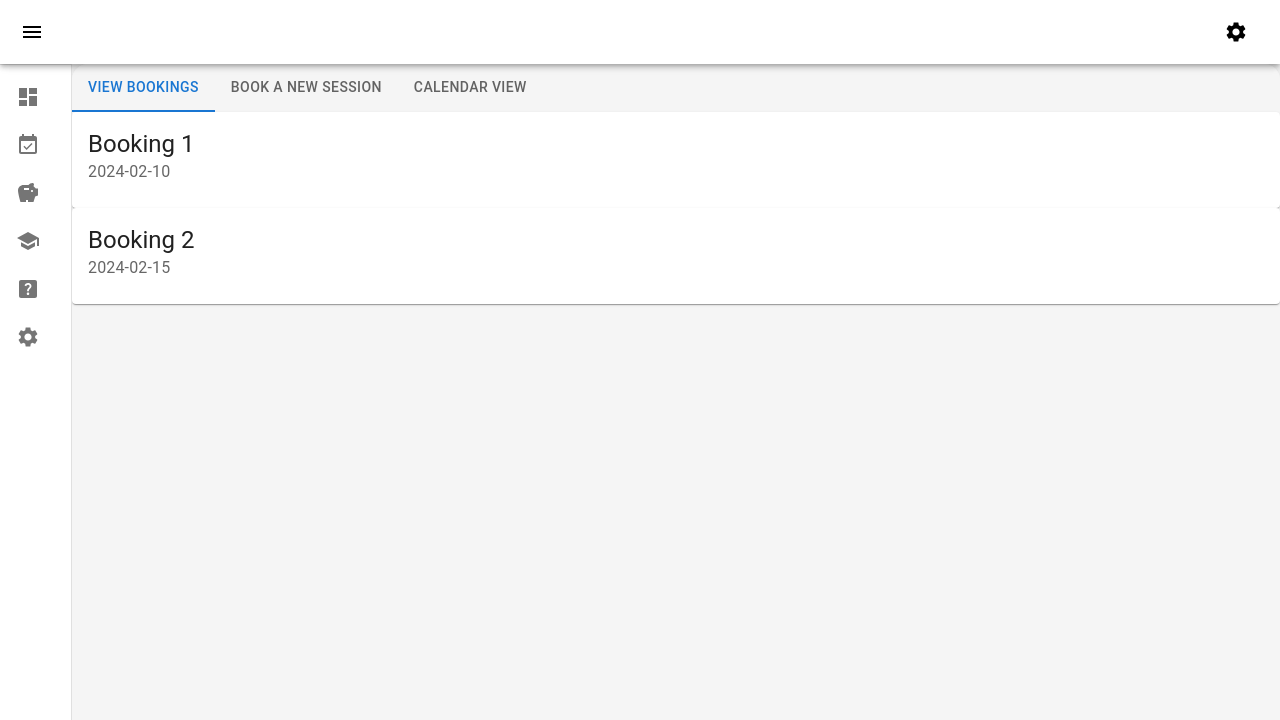
Repository: shubhampirate/Google_Solutions_Edural
Page: /bookings
An editor plug-in stored every save of this project. The page is shown before and after the next save, followed by the edit.
The browser window is 1280 px wide. The pictures show the whole page.
An inner scrolling area shows only its first screen. The project was rebuilt for these pictures with package versions that can differ from the ones it lists, and the page was loaded fresh each time. Some packages were replaced by stand-ins written for this rebuild. Also part of the build but not shown: src/Components/CustomButton.jsx, src/Components/Navbar.jsx, src/Components/Footer.jsx, src/Components/CongratsCard.jsx, src/pages/Hero/Hero.jsx, src/pages/Dashboard/Dashboard.jsx, src/pages/Sign_in.jsx.

Above is the page before, as saved 2024-02-03 20:45:45.

After the next save:
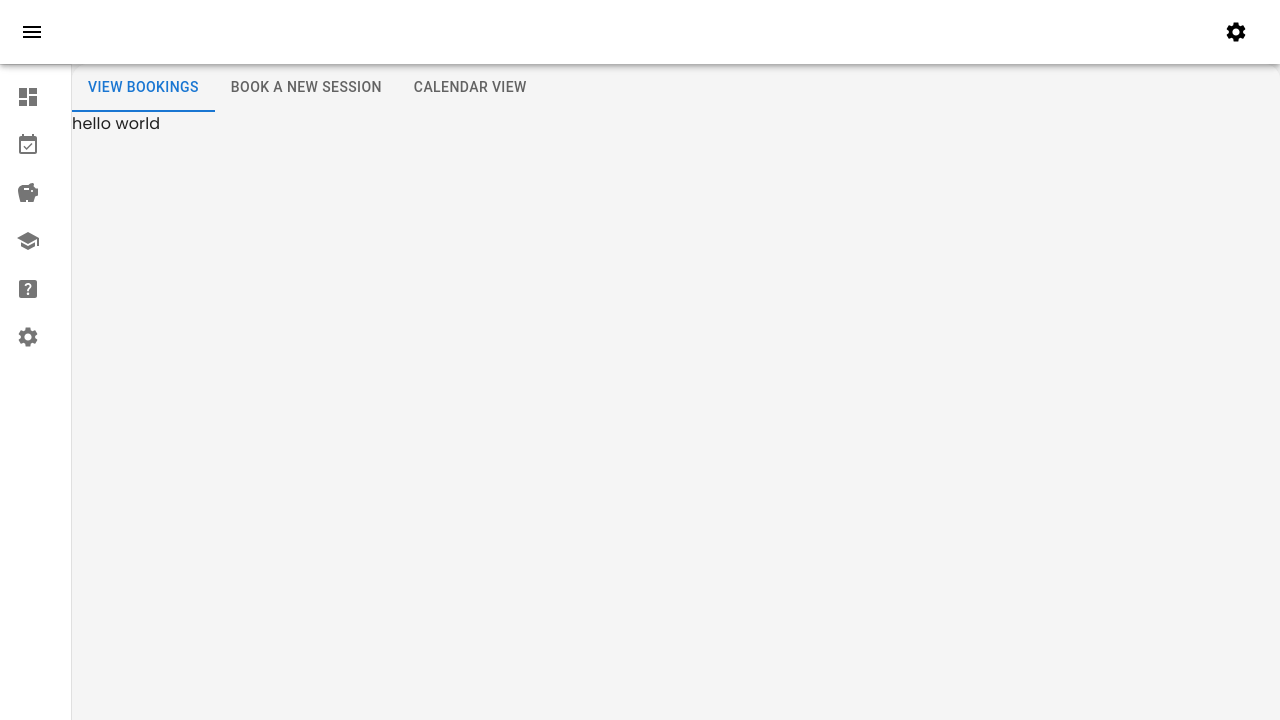
Saved 14 s later.
--- a/src/pages/Bookings/bookings.jsx
+++ b/src/pages/Bookings/bookings.jsx
@@ -61,7 +61,7 @@ export default function Booking() {
             <Box>
 
               {/* View Bookings Content */}
-              {bookingsData.map((booking) => (
+              {/* {bookingsData.map((booking) => (
                 <Card key={booking.id}>
                   <CardContent>
                     <Typography variant="h5" component="div">
@@ -72,7 +72,9 @@ export default function Booking() {
                     </Typography>
                   </CardContent>
                 </Card>
-              ))}
+              ))} */}
+
+              hello world
             </Box>
           )}
 
